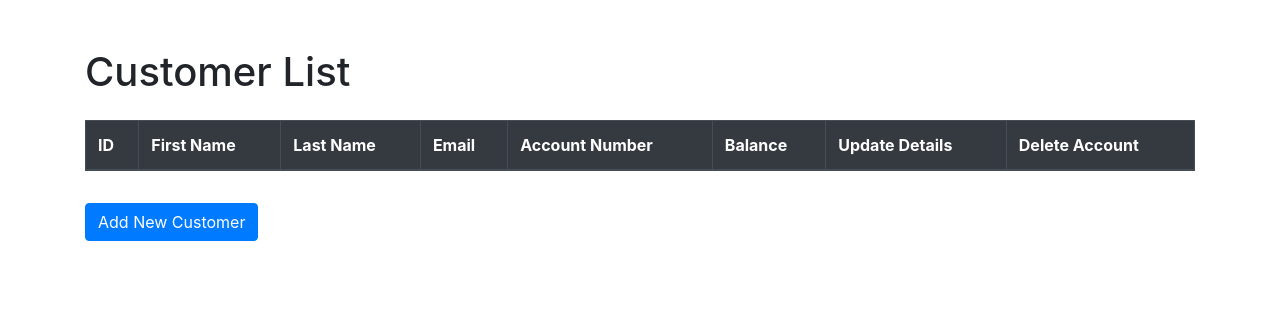
Repository: bhatideepak599/JspServlets
Page: http://localhost/11-bank-application/AdminController?action=listCustomer
These files come from the project's save history. The page is drawn as it stood at one moment and after the next save; the edit follows.
The browser window is 1280 px wide. The pictures show the whole page.
The page is served by Tomcat 9. Other server files are loaded and not shown. Queries for data that is not in the repository find no rows.

Above is the page before, as saved 2024-07-22 11:34:56.

### 11-bank-application/WebContent/customersFile.jsp
<%@ page language="java" contentType="text/html; charset=ISO-8859-1"
    pageEncoding="ISO-8859-1"%>
    <%@ taglib uri="http://java.sun.com/jsp/jstl/core" prefix="c"%>
<%@ taglib uri="http://java.sun.com/jsp/jstl/functions" prefix="fn"%>


<!DOCTYPE html>
<html>
<head>
    <meta charset="UTF-8">
    <title>Customer List</title>

    <link href="https://maxcdn.bootstrapcdn.com/bootstrap/4.5.2/css/bootstrap.min.css" rel="stylesheet">
</head>
<body>
    <div class="container mt-5">
        <h1 class="mb-4">Customer List</h1>
        <table class="table table-striped table-bordered">
            <thead class="thead-dark">
                <tr>
                    <th>ID</th>
                    <th>First Name</th>
                    <th>Last Name</th>
                    <th>Email</th>
                    <th>Account Number</th>
                    <th>Balance</th>
                    <th>Update Details</th>
                    <th>Delete Account</th>

                </tr>
            </thead>
            <tbody>
            	<c:forEach var="customer" items="${theCustomerList}">

					<tr>

						<td>${customer.getId()}</td>
						<td>${customer.getFirstName() }</td>

						<td>${customer.getLastName()}</td>
						<td>${customer.getEmail()}</td>
						<td>${customer.getAccountNumber()}</td>
						<td>${customer.getBalance()}</td>



						<td><a href="AdminController?action=editCustomer&Id=${customer.getId()}"
							class="btn btn-secondary">Update</a></td>

						<td><a href="AdminController?action=delete&Id=${customer.getId()}"
							class="btn btn-warning">Delete</a></td>
					</tr>

				</c:forEach>

            </tbody>
        </table>
        <a href="admin-add-new-Customers.jsp" class="btn btn-primary mt-3">Add New Customer</a>
    </div>


    <script src="https://code.jquery.com/jquery-3.5.1.slim.min.js"></script>
    <script src="https://cdn.jsdelivr.net/npm/@popperjs/core@2.9.3/dist/umd/popper.min.js"></script>
    <script src="https://maxcdn.bootstrapcdn.com/bootstrap/4.5.2/js/bootstrap.min.js"></script>
</body>
</html>

### 11-bank-application/src/com/bank/controller/AdminController.java
package com.bank.controller;

import java.io.IOException;
import java.sql.SQLException;
import java.util.List;

import javax.annotation.Resource;
import javax.servlet.RequestDispatcher;
import javax.servlet.ServletException;
import javax.servlet.annotation.WebServlet;
import javax.servlet.http.HttpServlet;
import javax.servlet.http.HttpServletRequest;
import javax.servlet.http.HttpServletResponse;
import javax.sql.DataSource;

import com.bank.model.Customer;
import com.bank.model.CustomerDAO;
import com.bank.model.Transaction;
import com.bank.model.TransactionDAO;
import com.bank.util.UniqueAccount;

@WebServlet("/AdminController")
public class AdminController extends HttpServlet {
	private static final long serialVersionUID = 1L;

	@Resource(name = "jdbc/bank")
	private DataSource dataSource;

	private CustomerDAO customerDAO;
	private TransactionDAO transactionDAO;

	@Override
	public void init() throws ServletException {
		super.init();
		customerDAO = new CustomerDAO(dataSource);
		transactionDAO = new TransactionDAO(dataSource);

	}

	protected void doGet(HttpServletRequest request, HttpServletResponse response)
			throws ServletException, IOException {

		String action = request.getParameter("action");
		if (action == null)
			action = "list";
		try {
			switch (action) {
			case "listCustomer":
				listCustomer(request, response);
				break;

			case "insertCustomer":
				insertCustomer(request, response);
				break;
			case "delete":
				deleteCustomer(request, response);
				break;
			case "editCustomer":
				showEditForm(request, response);
				break;
			case "update":
				updateCustomer(request, response);
				break;
			case "listTransactions":
				listTransactions(request, response);
				break;
			default:
				adminHome(request, response);
				break;
			}
		} catch (Exception e) {
			throw new ServletException(e);
		}
	}

	private void listTransactions(HttpServletRequest request, HttpServletResponse response)
			throws ServletException, IOException {
		List<Transaction> transactionlist = transactionDAO.listTransactions();
		request.setAttribute("theTransactionList", transactionlist);
		RequestDispatcher requestDispatcher = request.getRequestDispatcher("/transactionFile.jsp");
		requestDispatcher.forward(request, response);

	}

	private void updateCustomer(HttpServletRequest request, HttpServletResponse response)
			throws IOException, SQLException {
		int id = Integer.parseInt(request.getParameter("Id"));

		String firstName = request.getParameter("firstName");
		String lastName = request.getParameter("lastName");
		String email = request.getParameter("email");
		String password = request.getParameter("password");
		double balance = Double.parseDouble(request.getParameter("balance"));

		Customer newCustomer = new Customer();
		newCustomer.setFirstName(firstName);
		newCustomer.setLastName(lastName);
		newCustomer.setEmail(email);
		newCustomer.setPassword(password);
		newCustomer.setId(id);

		newCustomer.setBalance(balance);
		customerDAO.updateCustomer(newCustomer);
		response.sendRedirect("AdminController?action=listCustomer");

	}

	private void showEditForm(HttpServletRequest request, HttpServletResponse response)
			throws SQLException, ServletException, IOException {
		int id = Integer.parseInt(request.getParameter("Id"));
		Customer customer = customerDAO.getCustomer(id);
		request.setAttribute("theCustomer", customer);
		RequestDispatcher requestDispatcher = request.getRequestDispatcher("/update-customer.jsp");
		requestDispatcher.forward(request, response);

	}

	private void deleteCustomer(HttpServletRequest request, HttpServletResponse response)
			throws SQLException, IOException {

		int id = Integer.parseInt(request.getParameter("Id"));

		customerDAO.deleteCustomer(id);
		response.sendRedirect("AdminController?action=listCustomer");

	}

	private void listCustomer(HttpServletRequest request, HttpServletResponse response)
			throws ServletException, IOException {
		List<Customer> customerlist = customerDAO.listCustomers();
		request.setAttribute("theCustomerList", customerlist);
		RequestDispatcher requestDispatcher = request.getRequestDispatcher("/customersFile.jsp");
		requestDispatcher.forward(request, response);

	}

	private void insertCustomer(HttpServletRequest request, HttpServletResponse response)
			throws IOException, SQLException {

		String firstName = request.getParameter("firstName");
		String lastName = request.getParameter("lastName");
		String email = request.getParameter("email");
		String password = request.getParameter("password");
		String accountNumber = UniqueAccount.accountNumber();

		double balance = Double.parseDouble(request.getParameter("balance"));
		Customer newCustomer = new Customer();
		newCustomer.setFirstName(firstName);
		newCustomer.setLastName(lastName);
		newCustomer.setEmail(email);
		newCustomer.setPassword(password);
		newCustomer.setAccountNumber(accountNumber);
		newCustomer.setBalance(balance);
		customerDAO.addCustomer(newCustomer);
		response.sendRedirect("AdminController?action=listCustomer");

	}

	private void adminHome(HttpServletRequest request, HttpServletResponse response)
			throws ServletException, IOException {
		RequestDispatcher dispatcher = request.getRequestDispatcher("admin-home.jsp");
		dispatcher.forward(request, response);

	}

	protected void doPost(HttpServletRequest request, HttpServletResponse response)
			throws ServletException, IOException {

		doGet(request, response);
	}

}

After the next save:
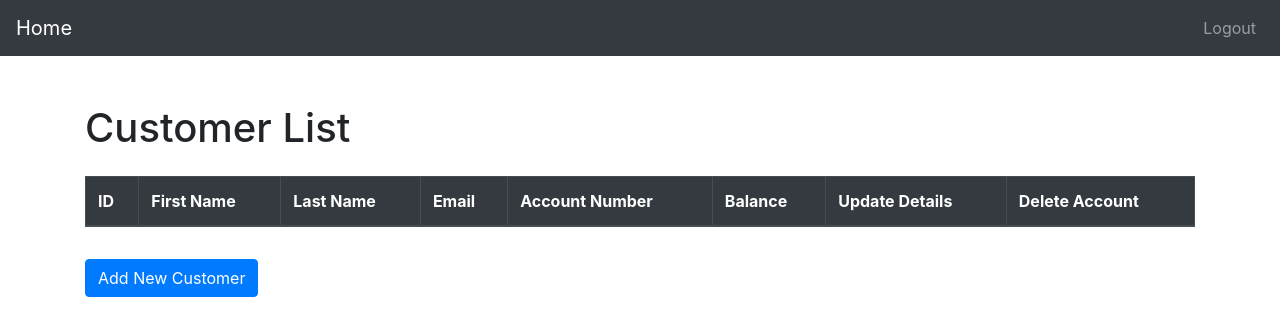
Saved 8 s later.
--- a/11-bank-application/WebContent/customersFile.jsp
+++ b/11-bank-application/WebContent/customersFile.jsp
@@ -13,6 +13,14 @@
     <link href="https://maxcdn.bootstrapcdn.com/bootstrap/4.5.2/css/bootstrap.min.css" rel="stylesheet">
 </head>
 <body>
+	<nav class="navbar navbar-expand-lg navbar-dark bg-dark">
+    <a class="navbar-brand" href="AdminController">Home</a>
+    <div class="collapse navbar-collapse">
+      <ul class="navbar-nav ml-auto">
+        <li class="nav-item"><a class="nav-link" href="LogoutServlet">Logout</a></li>
+      </ul>
+    </div>
+  </nav>
     <div class="container mt-5">
         <h1 class="mb-4">Customer List</h1>
         <table class="table table-striped table-bordered">
